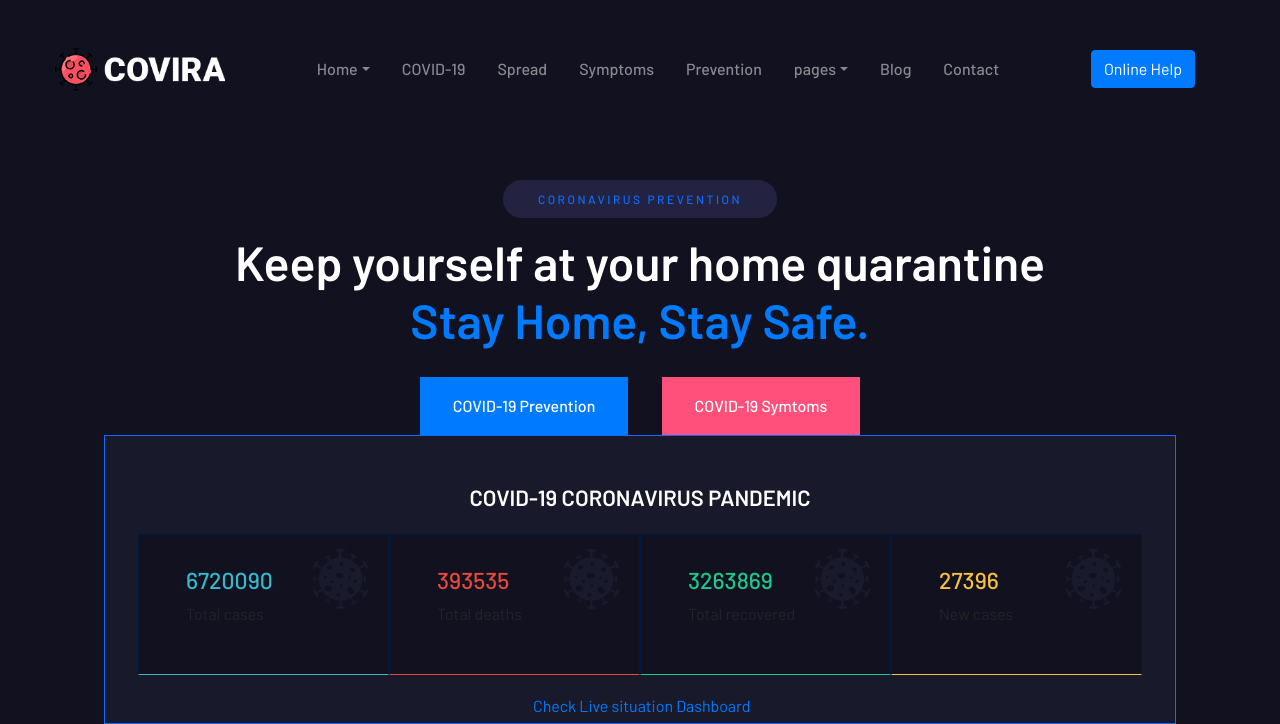
Repository: sitikhusushan/corona_updates
Page: index.html
The author's editor kept a copy of each file at every save. The page is drawn from the files as they stood at one save, then again after the next save.
The browser window is 1280 px wide. The pictures show the whole page.

Above is the page before, as saved 2020-06-06 12:16:48.

### index.html
<!DOCTYPE html>
<html lang="en">
  <head>
    <meta charset="UTF-8" />
    <meta name="viewport" content="width=device-width, initial-scale=1.0" />
    <link rel="stylesheet" href="css/bootstrap.css" />
    <link rel="stylesheet" type="text/css" href="style.css" />
    <title>Covid-19</title>
  </head>
  <body>
    <!--this is header -->
    <header>
      <!-- navbar starts from here -->
      <nav class="navbar navbar-expand-lg navbar-dark fix">
        <div class="container">
          <!-- this is the logo section  -->
          <a class="logo" href="">
            <img src="image/logo-white.png" alt="coronavirus_logo"
          /></a>
          <!-- this is modified code no need to see -->
          <!-- <div class="row">
          <div class="col-md-2 col-sm-2">
            <img src="image/logo-white.png" alt="coronavirus_logo" />
          </div>
          <div class="col-md-1 col-sm">
            <div class="dropdown">
              <button
                type="button"
                class="btn btn-danger dropdown-toggle"
                data-toggle="dropdown"
              >
                Home
              </button>
              <div class="dropdown-menu">
                <a class="dropdown-item" href="#">akjf</a>
                <a class="dropdown-item" href="#">alkdf</a>
                <a class="dropdown-item" href="#">akfjl</a>
                <a class="dropdown-item" href="#">ahdfjk</a>
                <a class="dropdown-item" href="#">ajlkdf</a>
                <a class="dropdown-item" href="#">kjahdf</a>
              </div>
            </div>
          </div>
          <div class="col-md-1 col-sm">
            COVID-19
          </div>
          <div class="col-md-1 col-sm">
            Spread
          </div>
          <div class="col-md-1 col-sm">
            Symptoms
          </div>
          <div class="col-md-1 col-sm">
            Prevention
          </div>
          <div class="col-md-1 col-sm">
            <div class="dropdown">
              <button
                type="button"
                class="btn btn-danger dropdown-toggle"
                data-toggle="dropdown"
              >
                Pages
              </button>
              <div class="dropdown-menu">
                <a class="dropdown-item" href="#"></a>
                <a class="dropdown-item" href="#"></a>
                <a class="dropdown-item" href="#"></a>
                <a class="dropdown-item" href="#"></a>
              </div>
            </div>
          </div>
          <div class="col-md-1 col-sm">Blog</div>
          <div class="col-md-1 col-sm">Contact</div>
          <div class="col-md-2 col-sm-2">
            <button class="btn btn-primary" type="button">Online Help</button>
          </div>
        </div> -->
          <!-- the content of navbar starts from here  -->
          <div class="collapse navbar-collapse">
            <ul class="navbar-nav mx-auto">
              <!-- dropdown of home is here -->
              <li class="nav-item dropdown">
                <a
                  class="nav-link dropdown-toggle"
                  href="#"
                  data-toggle="dropdown"
                  aria-expanded="false"
                  >Home</a
                >
                <div class="dropdown-menu">
                  <a class="dropdown-item" href="#">Home one</a>
                  <a class="dropdown-item" href="#">Home one dark</a>
                  <a class="dropdown-item" href="#">Home two</a>
                  <a class="dropdown-item" href="#">Home two dark</a>
                  <a class="dropdown-item" href="#">Home three</a>
                  <a class="dropdown-item" href="#">Home three dark</a>
                </div>
              </li>
              <li class="nav-item">
                <a class="nav-link" href="#">COVID-19</a>
              </li>
              <li class="nav-item">
                <a class="nav-link" href="#">Spread</a>
              </li>
              <li class="nav-item">
                <a class="nav-link" href="#">Symptoms</a>
              </li>
              <li class="nav-item">
                <a class="nav-link" href="#">Prevention</a>
              </li>
              <!-- dropdown of pages is here -->
              <li class="nav-item dropdown">
                <a
                  class="nav-link dropdown-toggle"
                  href="#"
                  data-toggle="dropdown"
                  aria-expanded="false"
                  >pages</a
                >
                <div class="dropdown-menu">
                  <a class="dropdown-item" href="#">Blog</a>
                  <a class="dropdown-item" href="#">Article</a>
                  <a class="dropdown-item" href="#">Contact</a>
                  <a class="dropdown-item" href="#">Outbrek news</a>
                </div>
              </li>
              <li class="nav-item">
                <a class="nav-link" href="#">Blog</a>
              </li>
              <li class="nav-item">
                <a class="nav-link" href="#">Contact</a>
              </li>
            </ul>
          </div>
          <!-- online help section  -->
          <a class="onlinehelp" href="">
            <i class="fas fa-headset"></i>
            <button class="btn btn-primary" type="button">Online Help</button>
          </a>
        </div>
      </nav>
    </header>
    <!-- here starts the banner content  -->
    <div class="banner">
      <div class="container">
        <div class="prevention">
          <!-- here are paragraph & headline -->
          <p class="pre">CORONAVIRUS PREVENTION</p>
          <h1>
            Keep yourself at your home quarantine <br />
            <span class="text-primary"> Stay Home, Stay Safe.</span>
          </h1>
          <!-- this is the button parts -->
          <div class="button">
            <!-- this is modified code no need to see  -->
            <!-- <div class="col-md-6">
              <button class="btn btn-primary" type="button">
                COVID-19 Prevention
              </button>
            </div>
            <div class="col-md">
              <button class="btn btn-danger" type="button">
                COVID-19 Symtoms
              </button> -->
            <a href="" class="btn btn-lg btn-primary">COVID-19 Prevention</a>
            <a href="" class="btn btn-lg btn-pink">COVID-19 Symtoms</a>
          </div>
        </div>
      </div>
    </div>
    <!-- live feedback or dashboard is here  -->
    <div class="dashboard">
      <div class="container">
        <h3>COVID-19 CORONAVIRUS PANDEMIC</h3>
        <div class="row">
          <div class="col-md-6 col-lg-3 status status-info">
            <div class="status-color">
              <h2 class="data-header" id="totalcases">6720090</h2>
              <p>Total cases</p>
            </div>
            <img src="image/1.png" alt="coronavirus image" />
          </div>
          <div class="col-md-6 col-lg-3 status status-danger">
            <div class="status-color">
              <h2 class="data-header" id="totaldeaths">393535</h2>
              <p>Total deaths</p>
            </div>
            <img src="image/1.png" alt="coronavirus image" />
          </div>
          <div class="col-md-6 col-lg-3 status status-success">
            <div class="status-color">
              <h2 class="data-header" id="totalrecovered">3263869</h2>
              <p>Total recovered</p>
            </div>
            <img src="image/1.png" alt="coronavirus image" />
          </div>
          <div class="col-md-6 col-lg-3 status status-warning">
            <div class="status-color">
              <h2 class="data-header" id="newcases">27396</h2>
              <p>New cases</p>
            </div>
            <img src="image/1.png" alt="coronavirus image" />
          </div>
        </div>
        <span class="situation">
          <a href="#">Check Live situation Dashboard</a></span
        >
      </div>
    </div>
  </body>
</html>
<script src="https://code.jquery.com/jquery-3.5.1.js"></script>
<script src="js/bootstrap.js"></script>

### style.css
body {
  background-color: #111120;
  font-family: "Barlow";
}

.container {
  max-width: 1200px;
}

/* navbar css */
/* this css is to put the navbar at same place  */
.fix {
  position: fixed;
  top: 0;
  right: 0;
  left: 0;
  background-color: #111120;
  padding: 40px 0px;
  z-index: 20;
}

/* to change the content of navbar when hover   */
.navbar .navbar-nav .nav-item a.nav-link:hover {
  color: hotpink;
}

/* this hover is for nav-item  */
.navbar .navbar-nav .nav-item .dropdown-menu a.dropdown-item:hover {
  background-color: hotpink;
}

.dropdown-menu {
  display: none;
  position: absolute;
  background-color: #111120;
  /* z-index: 1; */
}

.dropdown-menu .dropdown-item {
  color: #939fb2;
  font-weight: 600;
}
/* this hover is for dropdown-menu */
.navbar .navbar-nav .nav-item:hover .dropdown-menu {
  display: block;
}

.navbar .nav-item a.nav-link {
  font-weight: 500;
  padding: 8px 16px;
}

nav .container .logo img {
  max-width: 170px;
}

/* banner css starts from here  */

.banner {
  height: 100%;
  text-align: center;
  padding-top: 180px;
}

h1 {
  color: white;
  font-weight: 600;
  font-size: 48px;
  margin-bottom: 28px;
}

/* css for covid-19 prevention & symptoms */
.btn-pink {
  color: white;
  background-color: #ff4f7b;
  border-color: #ff4f7b;
}

.btn-lg {
  padding: 1rem 2rem;
  font-size: 1rem;
  font-weight: 500;
  border-radius: 0px;
}

.btn-primary {
  color: white;
  margin-right: 30px;
}

/* css for paragraph of banner  */
.pre {
  font-size: 0.75rem;
  font-weight: 500;
  line-height: 1;
  letter-spacing: 2.5px;
  display: inline-block;
  border-radius: 800px;
  border: #232341 solid;
  background-color: #232341;
  color: #0d6bff;
  padding: 10px 32px;
  margin-bottom: 16px;
}

/* css for dashboard starts from here  */
h2 {
  font-size: 23px;
}

h3 {
  font-size: 22px;
}

.dashboard h3 {
  font-weight: 600;
  margin-bottom: 23px;
  text-align: center;
  color: white;
}

.dashboard .container {
  position: relative;
  width: 1072px;
  background-color: #19192c;
  padding: 48px;
  border: 1px solid #0d6bff;
}

.dashboard .row > div {
  position: relative;
  display: block;
  width: 245px;
  background-color: #111120;
  border: 1px solid #001940;
  z-index: 1;
}

/* here css for image  */
.dashboard .status img {
  position: absolute;
  top: 10%;
  left: 70%;
  right: 0%;
  width: 55px;
  max-width: 100%;
  height: auto;
  filter: invert(7%) sepia(7%) saturate(6094%) hue-rotate(203deg)
    brightness(92%) contrast(91%);
}

/* hover for image of dashboard is here */
/* .dahsboard .status img:hover {
  filter: invert(99%) sepia(9%) saturate(793%) hue-rotate(173deg)
    brightness(98%) contrast(99%);
} */

.dashboard .status-color {
  padding: 32px;
}

/* css for bottom border color is here */
.dashboard .status.status-info {
  border-bottom-color: #36b9cc;
}

.dashboard .status.status-danger {
  border-bottom-color: #e74a3b;
}

.dashboard .status.status-success {
  border-bottom-color: #1cc88a;
}

.dashboard .status.status-warning {
  border-bottom-color: #f6c23e;
}

#totalcases {
  color: #36b9cc;
}

#totaldeaths {
  color: #e74a3b;
}

#totalrecovered {
  color: #1cc88a;
}

#newcases {
  color: #f6c23e;
}

.dashboard .container .situation {
  position: absolute;
  top: 90%;
  left: 40%;
  right: 0%;
}

@font-face {
  font-family: "Barlow";
  src: url("font/Barlow-Black.woff2") format("woff2"),
    url("font/Barlow-Black.woff") format("woff"),
    url("font/Barlow-Black.svg#Barlow-Black") format("svg");
  font-weight: 900;
  font-style: normal;
}

@font-face {
  font-family: "Barlow";
  src: url("font/Barlow-Light.woff2") format("woff2"),
    url("font/Barlow-Light.woff") format("woff"),
    url("font/Barlow-Light.svg#Barlow-Light") format("svg");
  font-weight: 300;
  font-style: normal;
}

@font-face {
  font-family: "Barlow";
  src: url("font/Barlow-Medium.woff2") format("woff2"),
    url("font/Barlow-Medium.woff") format("woff"),
    url("font/Barlow-Medium.svg#Barlow-Medium") format("svg");
  font-weight: 500;
  font-style: normal;
}

@font-face {
  font-family: "Barlow";
  src: url("font/Barlow-ExtraBold.woff2") format("woff2"),
    url("font/Barlow-ExtraBold.woff") format("woff"),
    url("font/Barlow-ExtraBold.svg#Barlow-ExtraBold") format("svg");
  font-weight: 800;
  font-style: normal;
}

@font-face {
  font-family: "Barlow";
  src: url("font/Barlow-SemiBold.woff2") format("woff2"),
    url("font/Barlow-SemiBold.woff") format("woff"),
    url("font/Barlow-SemiBold.svg#Barlow-SemiBold") format("svg");
  font-weight: 600;
  font-style: normal;
}

@font-face {
  font-family: "Barlow";
  src: url("font/Barlow-Regular.woff2") format("woff2"),
    url("font/Barlow-Regular.woff") format("woff"),
    url("font/Barlow-Regular.svg#Barlow-Regular") format("svg");
  font-weight: normal;
  font-style: normal;
}

@font-face {
  font-family: "Barlow";
  src: url("font/Barlow-Thin.woff2") format("woff2"),
    url("font/Barlow-Thin.woff") format("woff"),
    url("font/Barlow-Thin.svg#Barlow-Thin") format("svg");
  font-weight: 100;
  font-style: normal;
}

@font-face {
  font-family: "Barlow";
  src: url("font/Barlow-Bold.woff2") format("woff2"),
    url("font/Barlow-Bold.woff") format("woff"),
    url("font/Barlow-Bold.svg#Barlow-Bold") format("svg");
  font-weight: bold;
  font-style: normal;
}

@font-face {
  font-family: "Barlow";
  src: url("font/Barlow-ExtraLight.woff2") format("woff2"),
    url("font/Barlow-ExtraLight.woff") format("woff"),
    url("font/Barlow-ExtraLight.svg#Barlow-ExtraLight") format("svg");
  font-weight: 200;
  font-style: normal;
}

Loaded but not shown: css/bootstrap.css (library); js/bootstrap.js (library)

After the next save:
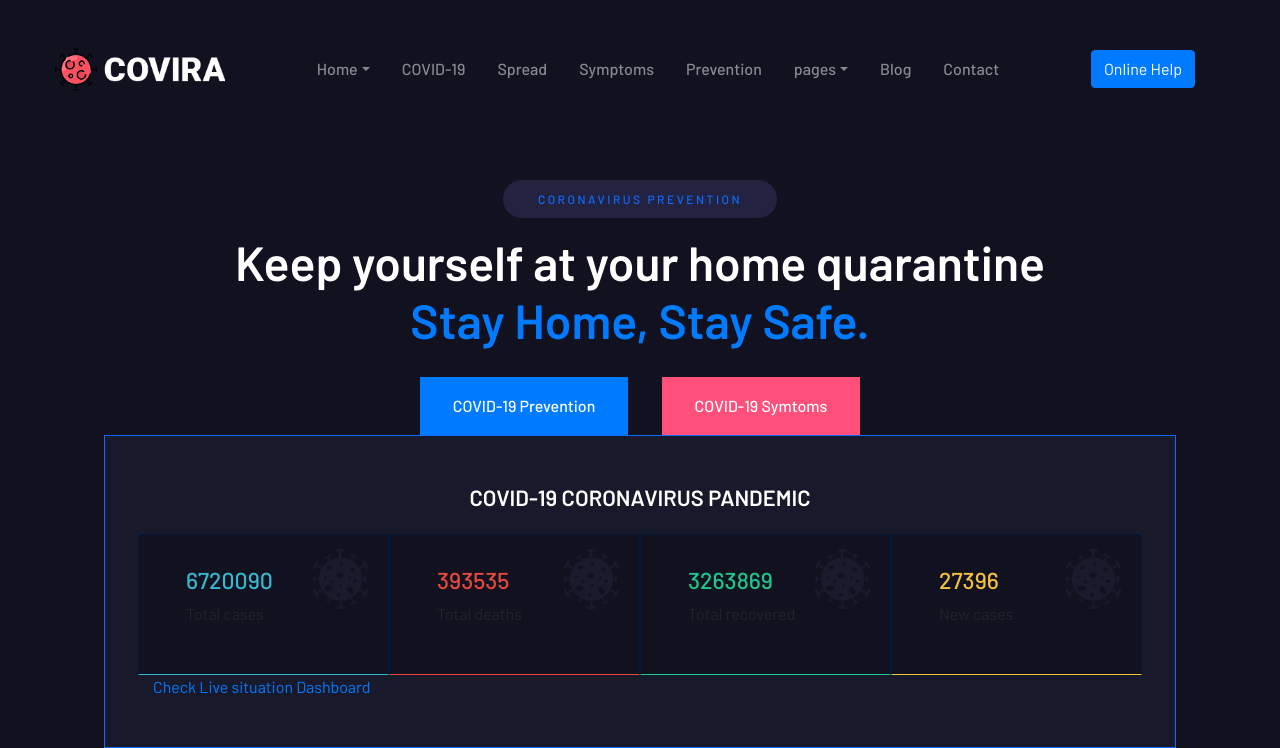
Saved 30 s later.
--- a/index.html
+++ b/index.html
@@ -203,9 +203,8 @@
             <img src="image/1.png" alt="coronavirus image" />
           </div>
         </div>
-        <span class="situation">
-          <a href="#">Check Live situation Dashboard</a></span
-        >
+
+        <a href="#">Check Live situation Dashboard</a>
       </div>
     </div>
   </body>
